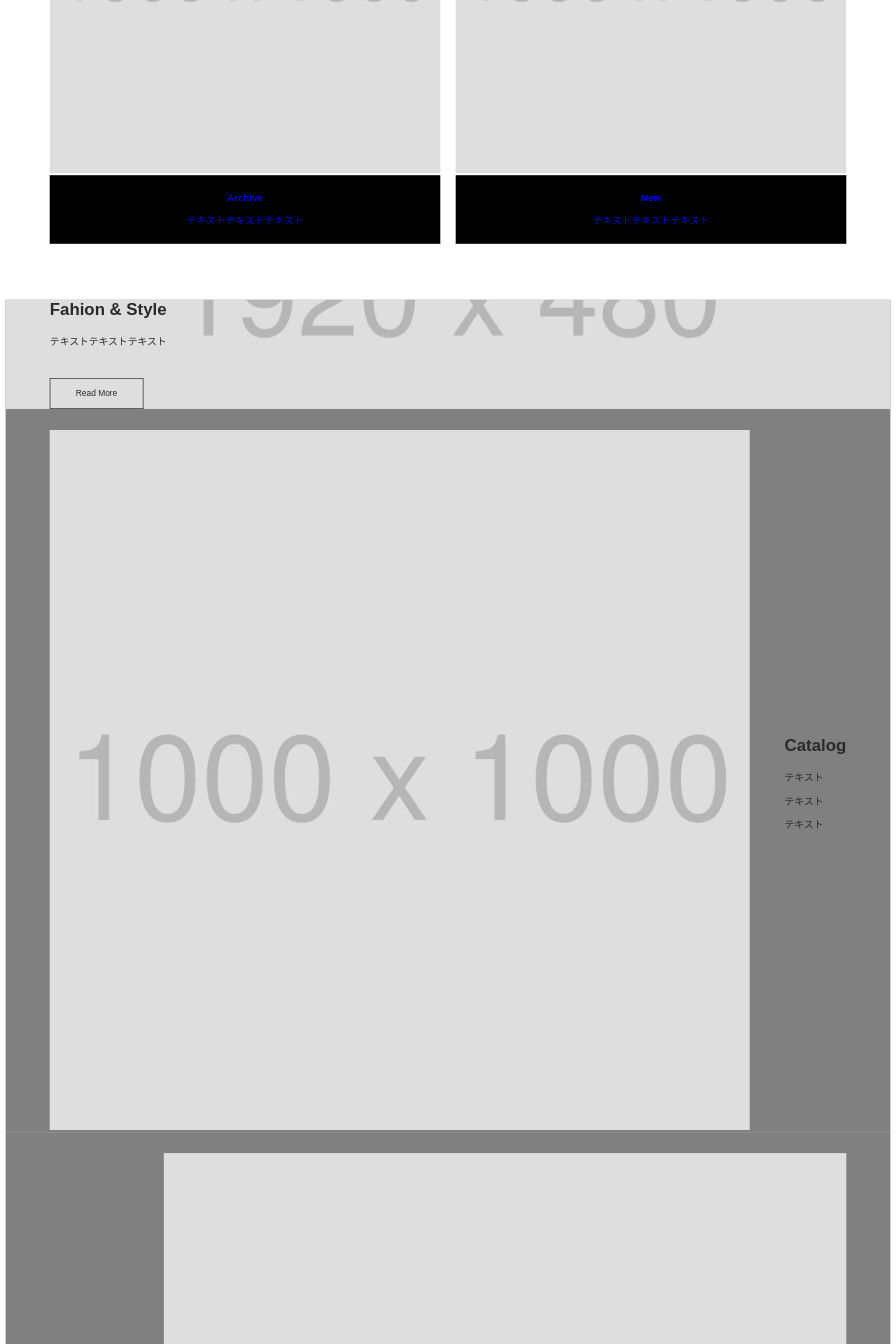
Repository: Fuki-san/bookstore
Page: http://localhost/book
These files come from the project's save history. The page is drawn as it stood at one moment and after a run of saves; the edit follows.
The browser window is 1280 px wide. The pictures show the part of the page from y = 1226 to 3146 px (the page is 4017 px tall before and 3997 px after), at 70% of full size.
The page is served by the project's Laravel application, run on PHP 8.4 with Laravel 10. Other server files are loaded and not shown.

Above is the page before, as saved 2023-11-21 13:50:16.

### routes/web.php
<?php

use Illuminate\Support\Facades\Route;

/*
|--------------------------------------------------------------------------
| Web Routes
|--------------------------------------------------------------------------
|
| Here is where you can register web routes for your application. These
| routes are loaded by the RouteServiceProvider and all of them will
| be assigned to the "web" middleware group. Make something great!
|
*/

Route::get('/', function () {
    return view('welcome');
});

Route::get('book', function() {
    return view('bookstore');
})->name('book');

### resources/views/bookstore.blade.php
@extends('layouts.main')

@section('title', 'bookstore')

@section('content')
    <header id="header">
        <h1 class="site-title"><a href="#"><img src="img/logo.svg"></a></h1>
    </header>

    <main>
        <section class="wrapper" id="magazine">
            <h2 class="sec-title">A special, long article in a newspaper or magazine</h2>
            <p>テキストテキストテキスト</p>
            <div class="flex-item">
                <a href="#" class="item"><img src="img/magazine-archive.jpg"><div class="text"><p class="title">Archive</p><p>テキストテキストテキスト</p></div></a>
                <a href="#" class="item"><img src="img/magazine-new.jpg"><div class="text"><p class="title">New</p><p>テキストテキストテキスト</p></div></a>
            </div>
        </section>
        <section class="wrapper" id="fashion">
            <h2 class="sec-title">Fahion & Style</h2>
            <p>テキストテキストテキスト</p>
            <a href="#" class="btn">Read More</a>
        </section>
        <section id="catalog-antique">
            <div class="flex-item wrapper">
                <div class="item">
                    <img src="img/catalog.jpg">
                </div>
                <div class="item">
                    <h2 class="sec-title">Catalog</h2>
                    <p>テキスト</p>
                    <p>テキスト</p>
                    <p>テキスト</p>
                </div>
            </div>
        </section>

        <section id="catalog-antique">
            <div class="flex-item wrapper">
                <div class="item">
                    <h2 class="sec-title">Antique</h2>
                    <p>テキストテキストテキスト</p>
                    <p>テキストテキストテキスト</p>
                    <a href="#" class="btn">Read More</a>
                </div>
                <div class="item">
                    <img src="img/antique.jpg">
                </div>
            </div>
        </section>
    </main>

    <footer id="footer">
        <div class="flex-item wrapper">
            <div class="item"><a href="#"><img src="img/logo.svg"></a></div>
            <div class="item">
                <p class="title">タイトル</p>
                <ul>
                    <li>テキストテキストテキスト</li>
                    <li>テキストテキストテキスト</li>
                    <li>テキストテキストテキスト</li>
                </ul>
            </div>
            <div class="item">
                <p>テキストテキストテキストテキストテキスト</p>
            </div>
        </div>
        <p class="copyright">&copy; Mag88</p>
    </footer>
@endsection

### resources/views/layouts/main.blade.php
<!DOCTYPE html>
<html lang="ja">
<head>
    <meta charset="UTF-8">
    <meta name="viewport" content="width=device-width, initial-scale=1.0">
    <meta http-equiv="X-UA-Compatible" content="ie=edge">
    <link rel="stylesheet" href="{{ asset('css/reset.css') }}">
    <link rel="stylesheet" href="{{ asset('css/style.css') }}">
    <link rel="icon" href="img/favicon.ico">
    <title>@yield('title')</title>
</head>
<body>
    @yield('content')
</body>
</html>

### public/css/style.css
@charset "utf-8";

html{
    font-size: 100%;
}
body{
    font-size: 0.875rem;
    color: #2a2a2a;
    font-family: "Arial", "Hiragino Sans", "Hiragino Kaku Gothic ProN", "Meiryo", sans-serif;
}
a{
    text-decoration: none;
}
a:hover{
    opacity: 0.7;
}
img{
    max-width: 100%;
}
li{
    list-style: none;
}
/* content */
.wrapper{
    padding: 0 5%;
    margin: 0 auto;
    max-width: 1200px;
}
.sec-title{
    font-size: 1.5rem;
    margin-bottom: 20px;
}
/* btn */

.btn{
    padding: 14px 36px;
    border: solid 1px #2a2a2a;
    color: #2a2a2a;
    display: inline-block;
    font-size: 0.750rem;
    margin-top: 30px;
}
/* ヘッダー */

#header{
    background-image: url(../img/mainvisual.jpg);
    background-position: center top;
    background-repeat: no-repeat;
    background-size: cover;
    position: relative;
    margin-bottom: 80px;
    height: 100vh;
}
#header .site-title{
    position: absolute;
    top: 30px;
    right: 30px;
}

.flex-item{
    display: flex;
    justify-content: space-between;
    align-items: center;
}
/* magazine */
#magazine{
    text-align: center;
    margin-bottom: 80px;
}
#magazine .flex-item{
    display: flex;
    justify-content: space-between;
    margin-top: 40px;
}
#magazine .flex-item .item{
    width: 49%;
    position: relative;
}

#magazine .text{
    background-color: black;
    text-align: center;
    padding: 10px 15px;
}
#magazine .title{
    font-weight: bold;
}
#fashion{
    background-image: url(../img/fashion.jpg);
    background-position: center bottom;
    background-repeat: no-repeat;
    background-size: cover;
    background-color: gray;
}

#catalog-antique{
    background-color: gray;
    padding-top: 30px;
}
#footer{
    background-color: #242424;
}
#footer .item{
    width: 32%;
}

.copyright{
    background-color: #fff;
    text-align: center;
}

### public/img/logo.svg
<?xml version="1.0" encoding="utf-8"?>
<!-- Generator: Adobe Illustrator 15.1.0, SVG Export Plug-In . SVG Version: 6.00 Build 0)  -->
<!DOCTYPE svg PUBLIC "-//W3C//DTD SVG 1.1//EN" "http://www.w3.org/Graphics/SVG/1.1/DTD/svg11.dtd">
<svg version="1.1" id="レイヤー_1" xmlns="http://www.w3.org/2000/svg" xmlns:xlink="http://www.w3.org/1999/xlink" x="0px"
	 y="0px" width="120px" height="40px" viewBox="0 0 120 40" enable-background="new 0 0 120 40" xml:space="preserve">
<text transform="matrix(1 0 0 1 11.667 -25.8213)" fill="#2B3137" font-family="'Arial-BoldMT'" font-size="31.8021">Mag88</text>
<rect fill="#2A2A2A" width="120" height="40"/>
<g>
	<path fill="#FFFFFF" d="M13.351,29.333V6.568h6.879l4.13,15.529l4.084-15.529h6.895v22.765h-4.271v-17.92l-4.519,17.92h-4.425
		l-4.503-17.92v17.92H13.351z"/>
	<path fill="#FFFFFF" d="M43.134,17.872l-3.96-0.714c0.445-1.595,1.211-2.774,2.299-3.54c1.087-0.766,2.701-1.149,4.845-1.149
		c1.946,0,3.396,0.23,4.348,0.69c0.952,0.461,1.623,1.047,2.011,1.756c0.389,0.709,0.582,2.01,0.582,3.904l-0.046,5.094
		c0,1.449,0.069,2.518,0.21,3.207c0.139,0.688,0.4,1.426,0.783,2.213h-4.316c-0.113-0.29-0.254-0.72-0.419-1.289
		c-0.073-0.259-0.124-0.43-0.155-0.513c-0.746,0.725-1.543,1.269-2.392,1.63c-0.849,0.363-1.755,0.544-2.718,0.544
		c-1.697,0-3.035-0.46-4.014-1.382s-1.467-2.086-1.467-3.494c0-0.932,0.222-1.762,0.667-2.492c0.444-0.73,1.069-1.289,1.871-1.677
		c0.802-0.389,1.959-0.728,3.471-1.018c2.039-0.383,3.452-0.739,4.239-1.071v-0.435c0-0.839-0.207-1.437-0.621-1.794
		s-1.195-0.535-2.345-0.535c-0.776,0-1.382,0.152-1.817,0.458C43.755,16.571,43.403,17.106,43.134,17.872z M48.973,21.413
		c-0.559,0.187-1.444,0.409-2.655,0.668c-1.212,0.259-2.003,0.512-2.376,0.761c-0.569,0.403-0.854,0.916-0.854,1.537
		c0,0.61,0.227,1.14,0.683,1.584c0.456,0.445,1.035,0.667,1.739,0.667c0.787,0,1.537-0.258,2.252-0.775
		c0.527-0.394,0.875-0.875,1.04-1.444c0.114-0.373,0.171-1.081,0.171-2.128V21.413z"/>
	<path fill="#FFFFFF" d="M57.157,30.419l4.984,0.605c0.083,0.58,0.274,0.979,0.574,1.196c0.414,0.311,1.066,0.466,1.957,0.466
		c1.139,0,1.992-0.171,2.563-0.512c0.383-0.229,0.673-0.596,0.869-1.104c0.135-0.362,0.202-1.029,0.202-2.003v-2.407
		c-1.304,1.781-2.95,2.672-4.938,2.672c-2.215,0-3.97-0.938-5.264-2.811c-1.015-1.48-1.521-3.324-1.521-5.529
		c0-2.764,0.664-4.875,1.995-6.335c1.33-1.46,2.983-2.189,4.962-2.189c2.039,0,3.721,0.896,5.046,2.687v-2.314h4.084V27.64
		c0,1.946-0.161,3.4-0.481,4.363s-0.771,1.719-1.351,2.268c-0.58,0.549-1.354,0.979-2.321,1.289
		c-0.969,0.311-2.192,0.466-3.673,0.466c-2.795,0-4.778-0.479-5.947-1.437c-1.17-0.957-1.755-2.172-1.755-3.642
		C57.141,30.802,57.147,30.626,57.157,30.419z M61.054,20.745c0,1.75,0.339,3.031,1.017,3.844c0.679,0.813,1.515,1.219,2.508,1.219
		c1.066,0,1.967-0.416,2.703-1.25c0.734-0.834,1.102-2.068,1.102-3.703c0-1.709-0.352-2.977-1.056-3.805s-1.595-1.242-2.671-1.242
		c-1.045,0-1.907,0.406-2.586,1.219C61.393,17.839,61.054,19.079,61.054,20.745z"/>
	<path fill="#FFFFFF" d="M79.797,17.05c-1.129-0.477-1.949-1.131-2.462-1.965c-0.513-0.833-0.769-1.746-0.769-2.74
		c0-1.697,0.593-3.101,1.778-4.208c1.185-1.107,2.87-1.662,5.054-1.662c2.164,0,3.844,0.554,5.039,1.662
		c1.196,1.108,1.794,2.511,1.794,4.208c0,1.056-0.274,1.995-0.823,2.818c-0.549,0.822-1.32,1.451-2.313,1.887
		c1.263,0.508,2.224,1.248,2.88,2.221c0.658,0.973,0.986,2.096,0.986,3.369c0,2.102-0.67,3.811-2.011,5.125
		s-3.124,1.972-5.349,1.972c-2.071,0-3.795-0.544-5.172-1.63c-1.625-1.284-2.438-3.045-2.438-5.28c0-1.231,0.305-2.362,0.916-3.394
		C77.52,18.403,78.482,17.608,79.797,17.05z M80.293,22.407c0,1.201,0.309,2.138,0.924,2.811c0.616,0.673,1.385,1.01,2.307,1.01
		c0.9,0,1.646-0.324,2.236-0.971c0.59-0.647,0.885-1.582,0.885-2.803c0-1.066-0.301-1.924-0.9-2.57
		c-0.602-0.646-1.361-0.971-2.283-0.971c-1.066,0-1.861,0.367-2.383,1.103C80.555,20.751,80.293,21.548,80.293,22.407z
		 M80.698,12.655c0,0.869,0.246,1.547,0.737,2.034c0.491,0.486,1.146,0.729,1.964,0.729c0.828,0,1.491-0.246,1.988-0.737
		s0.745-1.173,0.745-2.042c0-0.818-0.246-1.473-0.737-1.965c-0.492-0.491-1.142-0.737-1.949-0.737c-0.838,0-1.506,0.249-2.003,0.745
		C80.946,11.18,80.698,11.837,80.698,12.655z"/>
	<path fill="#FFFFFF" d="M97.484,17.05c-1.128-0.477-1.948-1.131-2.462-1.965c-0.512-0.833-0.768-1.746-0.768-2.74
		c0-1.697,0.592-3.101,1.777-4.208c1.186-1.107,2.871-1.662,5.055-1.662c2.164,0,3.844,0.554,5.039,1.662
		c1.195,1.108,1.793,2.511,1.793,4.208c0,1.056-0.273,1.995-0.822,2.818c-0.549,0.822-1.32,1.451-2.314,1.887
		c1.264,0.508,2.224,1.248,2.881,2.221c0.658,0.973,0.986,2.096,0.986,3.369c0,2.102-0.67,3.811-2.012,5.125
		c-1.34,1.314-3.123,1.972-5.349,1.972c-2.071,0-3.794-0.544-5.171-1.63c-1.625-1.284-2.438-3.045-2.438-5.28
		c0-1.231,0.305-2.362,0.916-3.394C95.207,18.403,96.168,17.608,97.484,17.05z M97.981,22.407c0,1.201,0.308,2.138,0.924,2.811
		c0.615,0.673,1.385,1.01,2.307,1.01c0.9,0,1.646-0.324,2.235-0.971c0.591-0.647,0.886-1.582,0.886-2.803
		c0-1.066-0.301-1.924-0.901-2.57s-1.361-0.971-2.282-0.971c-1.066,0-1.861,0.367-2.384,1.103S97.981,21.548,97.981,22.407z
		 M98.385,12.655c0,0.869,0.245,1.547,0.736,2.034c0.492,0.486,1.146,0.729,1.965,0.729c0.828,0,1.49-0.246,1.988-0.737
		c0.496-0.491,0.744-1.173,0.744-2.042c0-0.818-0.246-1.473-0.736-1.965c-0.492-0.491-1.143-0.737-1.949-0.737
		c-0.839,0-1.506,0.249-2.004,0.745C98.633,11.18,98.385,11.837,98.385,12.655z"/>
</g>
</svg>

After the next 2 saves:
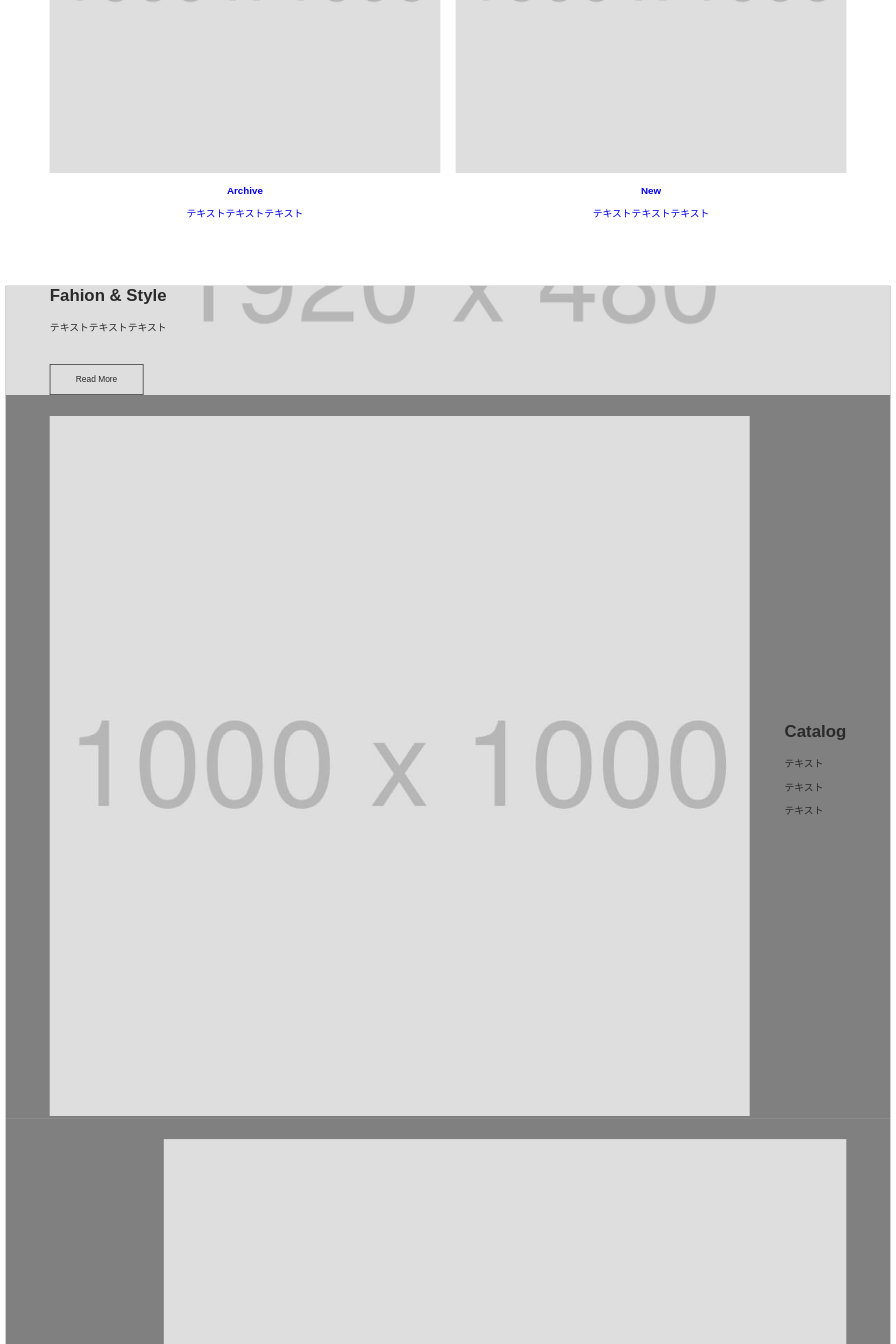
The 2 saves are shown as one change because they came seconds apart.
The last was saved 3 min 7 s later.
--- a/public/css/style.css
+++ b/public/css/style.css
@@ -77,7 +77,7 @@
     position: relative;
 }
 
-#magazine .text{
+#magazine .flex-item .{
     background-color: black;
     text-align: center;
     padding: 10px 15px;

After the save that followed:
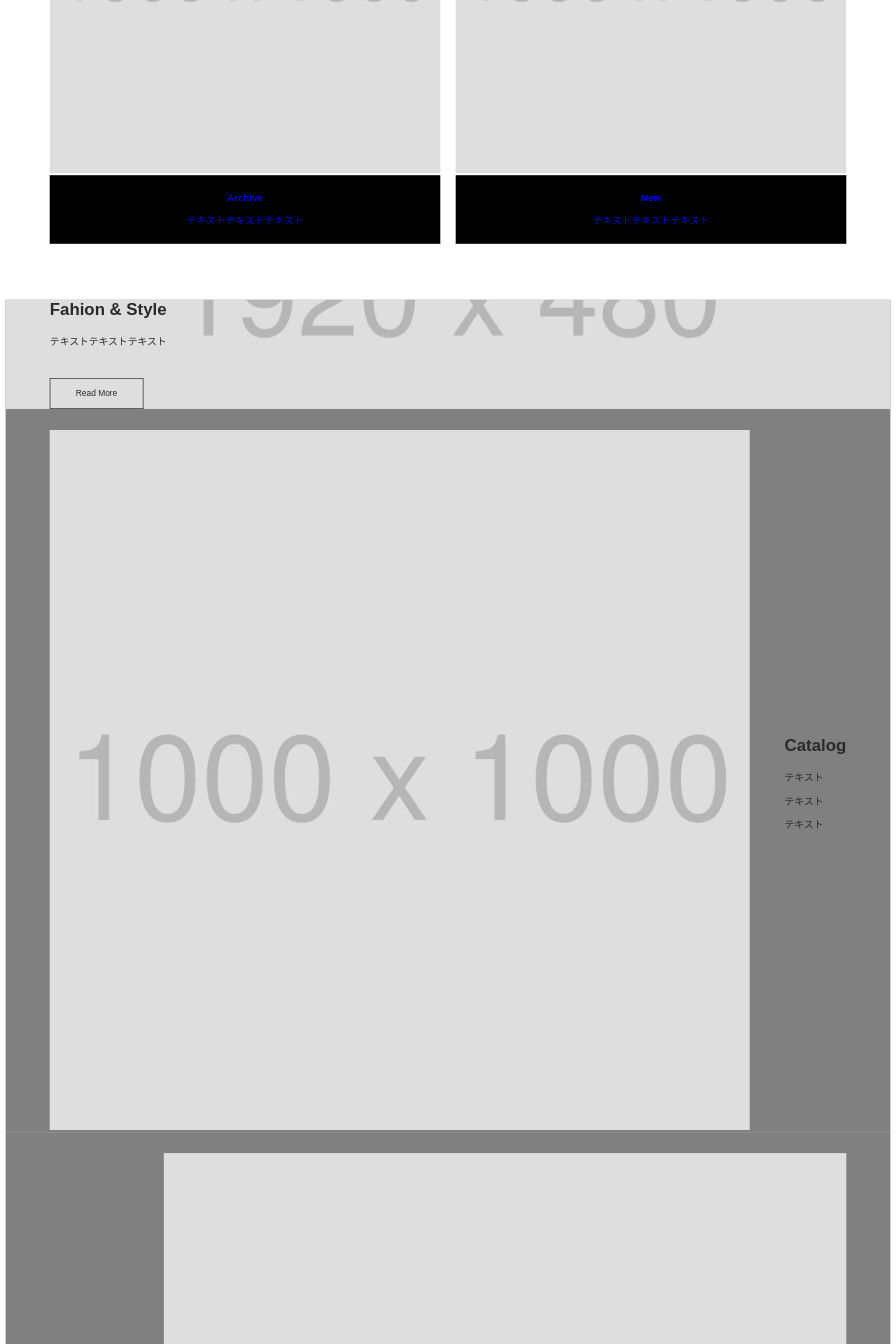
Saved 5 s later.
--- a/public/css/style.css
+++ b/public/css/style.css
@@ -77,7 +77,7 @@
     position: relative;
 }
 
-#magazine .flex-item .{
+#magazine .flex-item .item .text{
     background-color: black;
     text-align: center;
     padding: 10px 15px;
